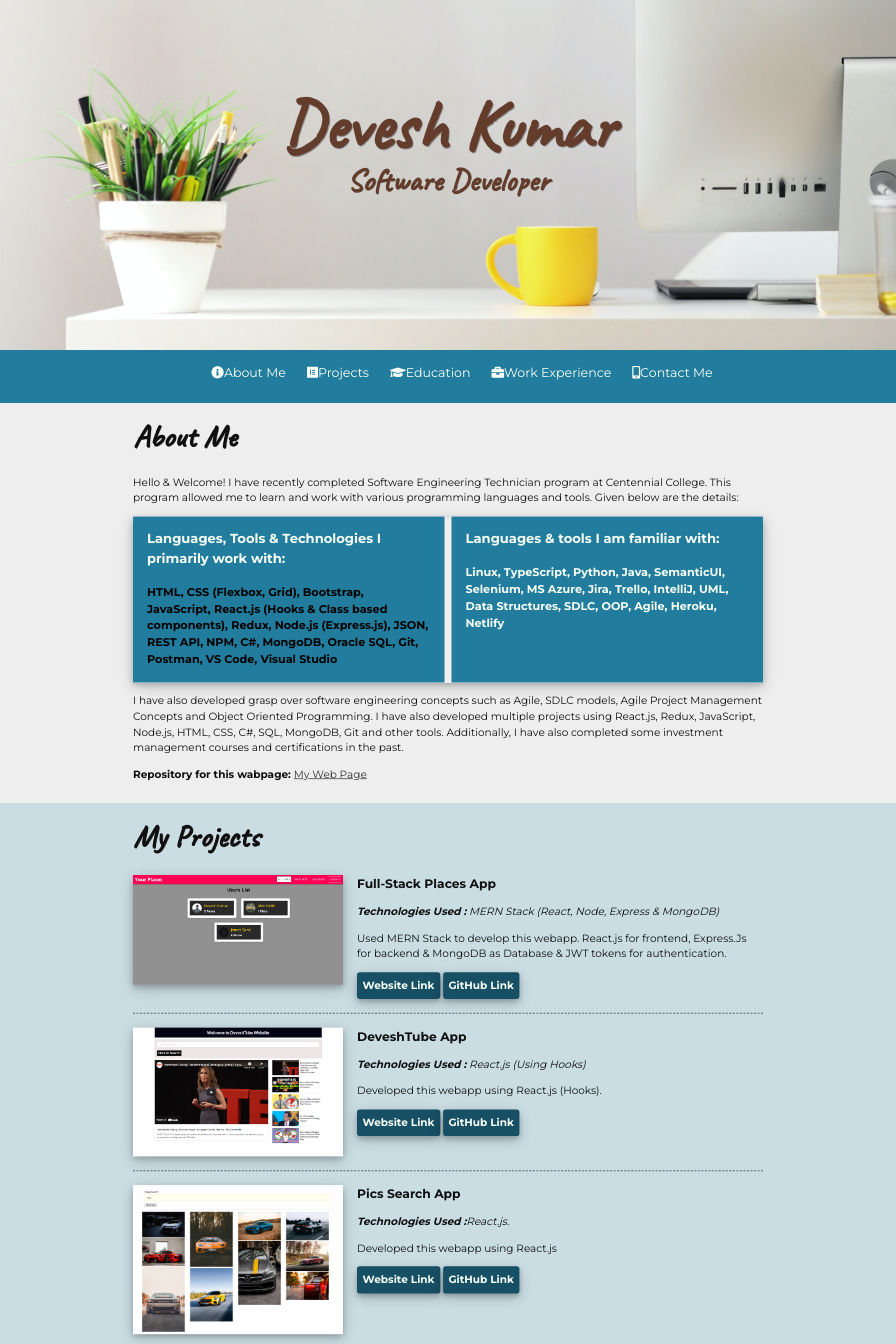
Repository: My-Web-Page/MyWebPage
Page: index.html
These files come from the project's save history. The page is drawn as it stood at one moment and after the next save; the edit follows.
The browser window is 1280 px wide. The pictures show the part of the page from y = 0 to 1920 px (the page is 5032 px tall), at 70% of full size.
Some web libraries are served in a nearby version.

Above is the page before, as saved 2021-09-07 13:39:20.

After the next save:
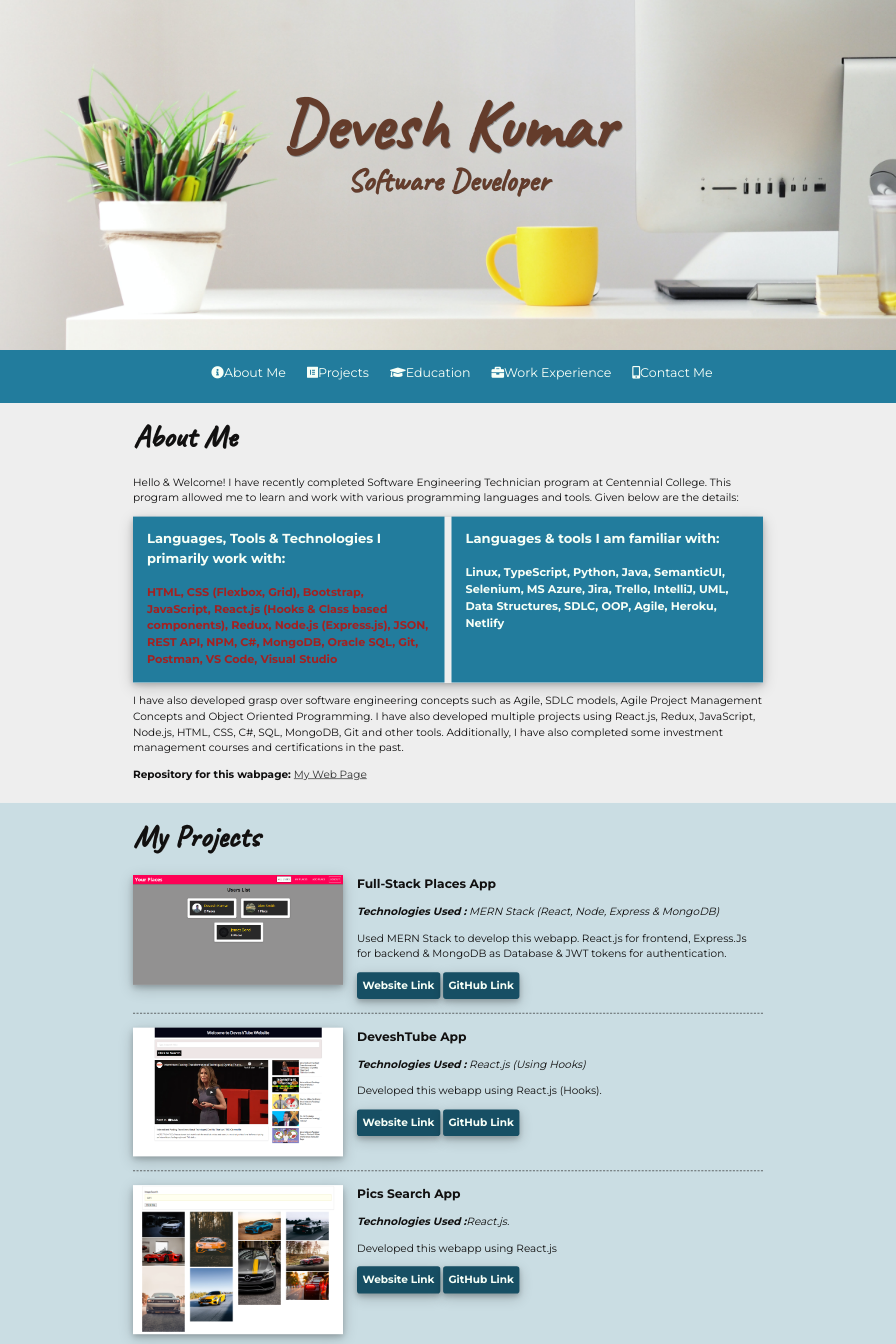
Saved 9 s later.
--- a/index.html
+++ b/index.html
@@ -52,7 +52,7 @@
                 <div class="grid-container">
                     <div class="grid-item">
                         <h3>Languages, Tools & Technologies I primarily work with:</h3>
-                        <h4 style="color: black;"> HTML, CSS (Flexbox, Grid), Bootstrap, JavaScript, React.js (Hooks & Class based components), Redux, Node.js (Express.js), JSON, REST API, NPM, C#, MongoDB, Oracle SQL, Git, Postman, VS Code, Visual Studio
+                        <h4 style="color: rgb(163, 33, 33);"> HTML, CSS (Flexbox, Grid), Bootstrap, JavaScript, React.js (Hooks & Class based components), Redux, Node.js (Express.js), JSON, REST API, NPM, C#, MongoDB, Oracle SQL, Git, Postman, VS Code, Visual Studio
                             </p>
                     </div>
 
